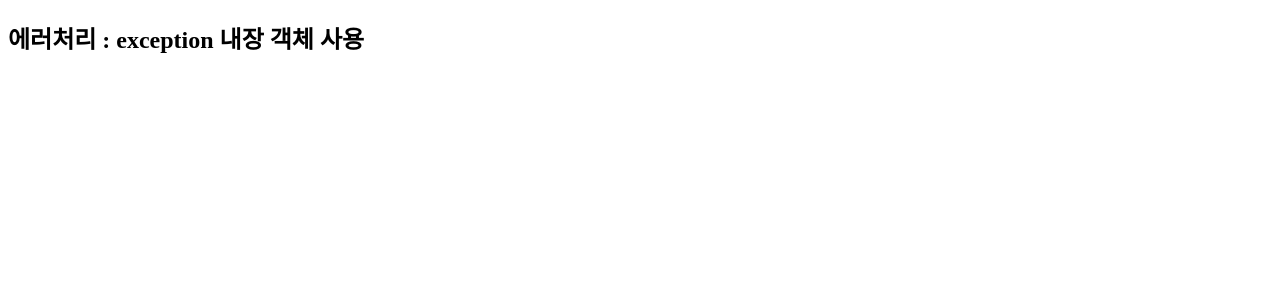
Repository: zhyuk/FullStackStudy
Page: http://localhost/jsptwo/10_03_exception02_02.jsp
An editor plug-in stored every save of this project. The page is shown before and after the next save, followed by the edit.
The browser window is 1280 px wide. The pictures show the whole page.
The page is served by Tomcat 9.

Above is the page before, as saved 2024-08-28 08:31:03.

After the next save:
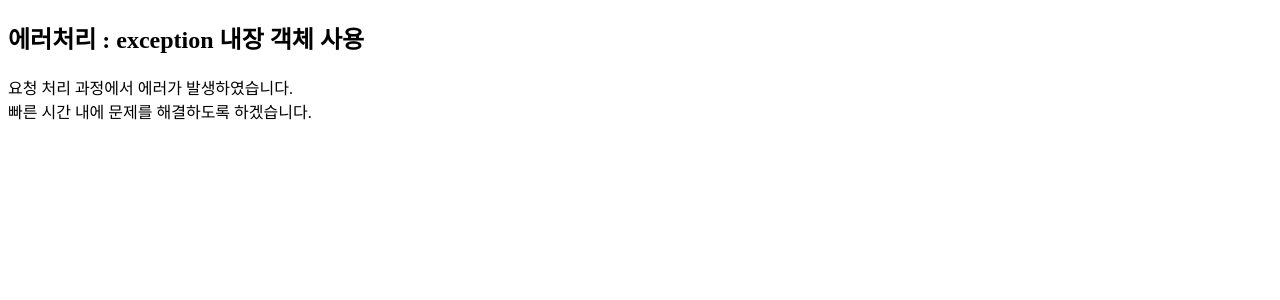
Saved 25 s later.
--- a/jsp/jspwork/jsptwo/src/main/webapp/10_03_exception02_02.jsp
+++ b/jsp/jspwork/jsptwo/src/main/webapp/10_03_exception02_02.jsp
@@ -9,5 +9,7 @@
 </head>
 <body>
 	<h2>에러처리 : exception 내장 객체 사용</h2>
+	<p>요청 처리 과정에서 에러가 발생하였습니다.<br>
+	빠른 시간 내에 문제를 해결하도록 하겠습니다.<br></p>
 </body>
 </html>
